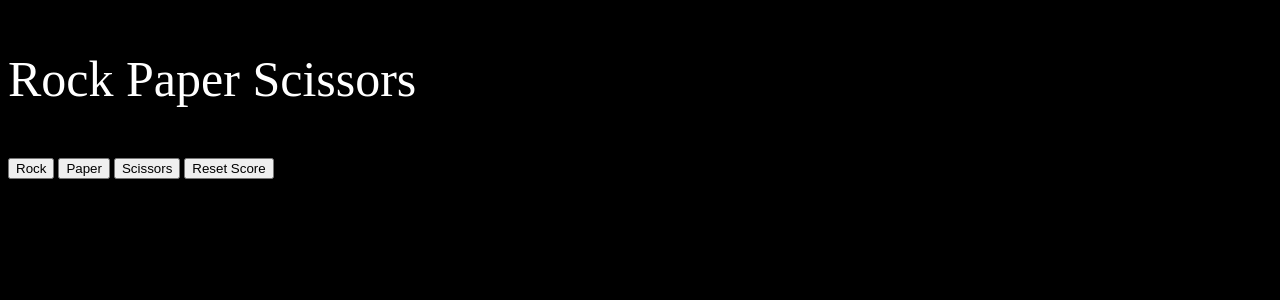
Repository: pgyunknown/Rock_paper_scissors-
Page: index.html
These files come from the project's save history. The page is drawn as it stood at one moment and after a run of saves; the edit follows.
The browser window is 1280 px wide. The pictures show the whole page.

Above is the page before, as saved 2024-08-30 16:54:24.

### index.html

<!DOCTYPE html>
<html>
  <head>
    <title>Rock Paper Scissors</title>
    <link rel="stylesheet" href="index.css">
  </head>
  <body>
    <p class="title">Rock Paper Scissors</p>
    <button onclick="
      playGame('rock');
    ">Rock</button>

    <button onclick="
      playGame('paper');
    ">Paper</button>

    <button onclick="
      playGame('scissors');
    ">Scissors</button>

    <button onclick="
      score.wins = 0;
      score.losses = 0;
      score.ties = 0;
      localStorage.removeItem('score');
    ">Reset Score</button>

    <script src="index.js">

    </script>
  </body>
</html>

### index.css
body{
  background-color: black;
  color: white;
}
.title{
  font-size: 50px;
  font
}

### index.js
      let score = JSON.parse(localStorage.getItem('score')) || {
        wins: 0,
        losses: 0,
        ties: 0
      };

      function pickComputerMove() {
        const randomNumber = Math.random();

        let computerMove = '';

        if (randomNumber >= 0 && randomNumber < 1 / 3) {
          computerMove = 'rock';
        } else if (randomNumber >= 1 / 3 && randomNumber < 2 / 3) {
          computerMove = 'paper';
        } else if (randomNumber >= 2 / 3 && randomNumber < 1) {
          computerMove = 'scissors';
      }

        return computerMove;
      }
      function playGame(playerMove) {
        const computerMove = pickComputerMove();

        let result = '';

        if (playerMove === 'scissors') {
          if (computerMove === 'rock') {
            result = 'You lose.';
          } else if (computerMove === 'paper') {
            result = 'You win.';
          } else if (computerMove === 'scissors') {
            result = 'Tie.';
          }

        } else if (playerMove === 'paper') {
          if (computerMove === 'rock') {
            result = 'You win.';
          } else if (computerMove === 'paper') {
            result = 'Tie.';
          } else if (computerMove === 'scissors') {
            result = 'You lose.';
          }

        } else if (playerMove === 'rock') {
          if (computerMove === 'rock') {
            result = 'Tie.';
          } else if (computerMove === 'paper') {
            result = 'You lose.';
          } else if (computerMove === 'scissors') {
            result = 'You win.';
          }
        }

        if (result === 'You win.') {
          score.wins += 1;
        } else if (result === 'You lose.') {
          score.losses += 1;
        } else if (result === 'Tie.') {
          score.ties += 1;
        }

        localStorage.setItem('score', JSON.stringify(score));

        alert(`You picked ${playerMove}. Computer picked ${computerMove}. ${result}
Wins: ${score.wins}, Losses: ${score.losses}, Ties: ${score.ties}`);
      }

After the next 3 saves:
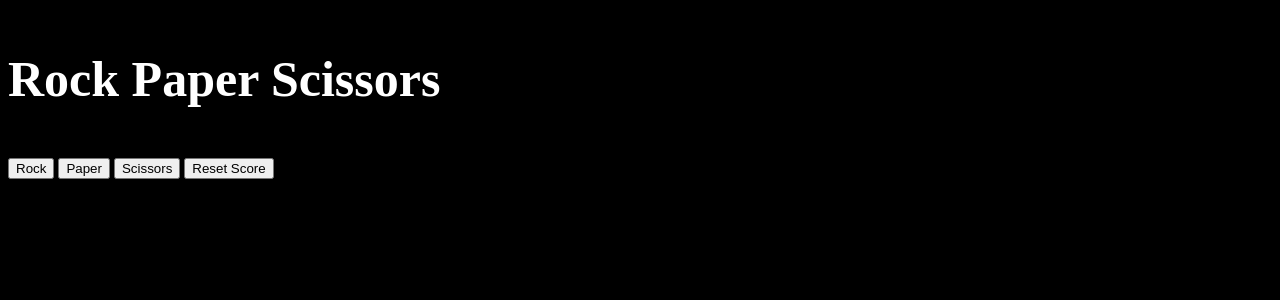
The 3 saves are shown as one change because they came seconds apart.
The last was saved 7 s later.
--- a/index.css
+++ b/index.css
@@ -4,5 +4,5 @@ body{
 }
 .title{
   font-size: 50px;
-  font
+  font-weight: bold;
 }
